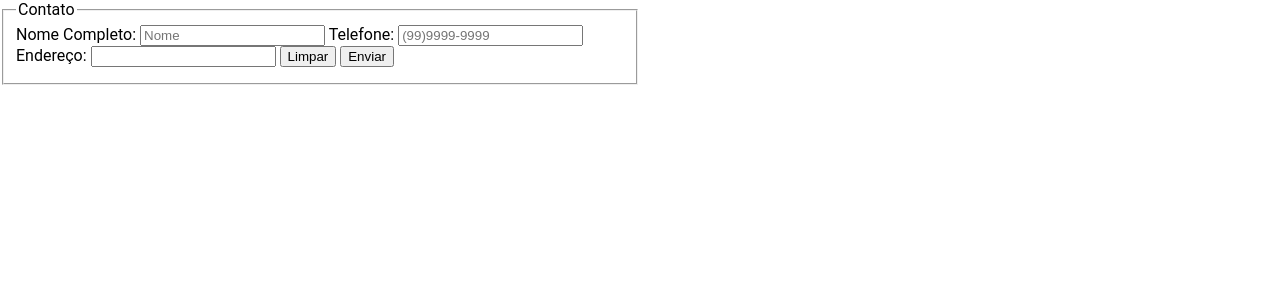
Repository: PedroViniciusVeiga/ProjetoColdigo
Page: exemploServlet/WebContent/contato.html
These files come from the project's save history. The page is drawn as it stood at one moment and after the next save; the edit follows.
The browser window is 1280 px wide. The pictures show the whole page.

Above is the page before, as saved 2021-04-07 02:15:46.

### exemploServlet/WebContent/contato.html
<!DOCTYPE html>
<html>
<head>
<meta charset="UTF-8">
<title>Registro de Contatos</title>
<link rel="stylesheet" type="text/css" href="css/siteContato.css">

</head>

<body>
<section>
<div class="blocoForm">
	<form name="dadosdecontato" method="post" action="#" class="formContato">
		<fieldset>
			<legend>Contato</legend>
			<label for="nome">Nome Completo:</label> <input type="text" name="txtnome"  id="nome" placeholder="Nome">
			<label for="fone">Telefone:</label> <input type="text" name="txtfone" placeholder=(99)9999-9999 id="fone">
			<label for="end">Endereço:</label> <input type="text" name="txtend"  id="end">
			<button type="reset">Limpar</button> <button type="submit" id="enviar">Enviar</button>
			<table>
				<tr>

					<td></td>
				</tr>
			</table>
		</fieldset>
	</form>
	</div>
</section>
</body>

</html>

### exemploServlet/WebContent/css/siteContato.css
@charset "UTF-8";

			/*Corpo da página*/

body {
	margin: 0 auto;
	font-family: "Roboto", sans-serif;
}

section{
	clear:both;
	min-height:300px;
	width: 100%;
	margin-top:0px;
}

.blocoForm{
	float:left;
	width: 50%;
	height: 400px;
}

After the next save:
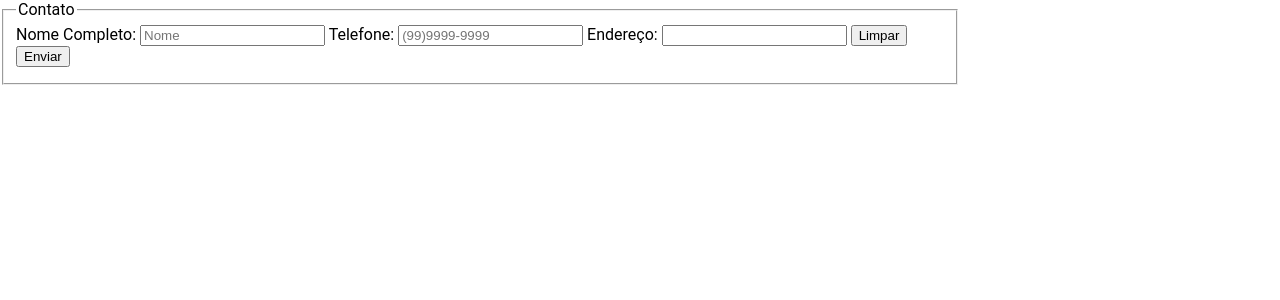
Saved 7 min 33 s later.
--- a/exemploServlet/WebContent/css/siteContato.css
+++ b/exemploServlet/WebContent/css/siteContato.css
@@ -16,6 +16,6 @@ section{
 
 .blocoForm{
 	float:left;
-	width: 50%;
+	width: 75%;
 	height: 400px;
 }
